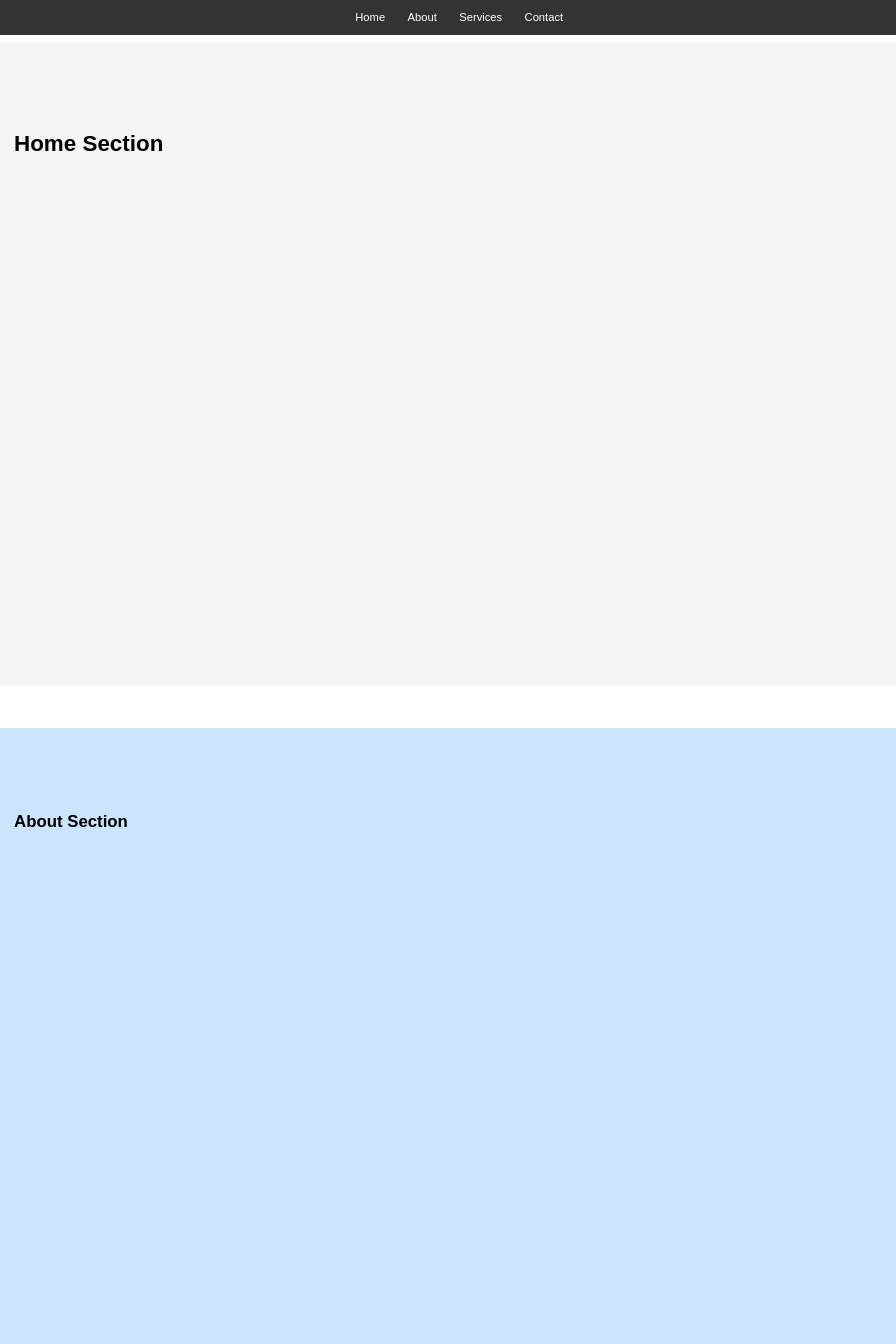
Repository: danichimescu/tema_unu_
Page: index.html
An editor plug-in stored every save of this project. The page is shown before and after the next save, followed by the edit.
The browser window is 1280 px wide. The pictures show the part of the page from y = 0 to 1920 px (the page is 3920 px tall), at 70% of full size.

Above is the page before, as saved 2025-10-06 01:28:14.

### index.html
<!DOCTYPE html>
<html lang="en">
<head>
  <meta charset="UTF-8">
  <meta name="viewport" content="width=device-width, initial-scale=1.0">
  <title>Document</title>
</head>
<body>

</body>
</html>

<!DOCTYPE html>
<html lang="en">
<head>
  <meta charset="UTF-8" />
  <meta name="viewport" content="width=device-width, initial-scale=1.0" />
  <title>Sovis Print</title>
  <script src="main.js" defer></script>
  <link rel="stylesheet" href="style.css" />
</head>

<body>

  <nav>
    <a href="#home">Home</a>
    <a href="#about">About</a>
    <a href="#services">Services</a>
    <a href="#contact">Contact</a>
  </nav>

  <section id="home">
    <h1>Home Section</h1>
  </section>
  <section id="about">
    <h1>About Section</h1>
  </section>
  <section id="services">
    <h1>Services Section</h1>
  </section>
  <section id="contact">
    <h1>Contact Section</h1>
  </section>

</body>

</html>

### style.css
/* ce e html? */
/* https://www.w3schools.com/cssref/pr_scroll-behavior.php#:~:text=This%20is%20default-,smooth,property%20to%20its%20default%20value. */

html {
    scroll-behavior: smooth;
}

body {
    font-family: sans-serif;
    margin: 0;
}

nav {
    position: fixed;
    top: 0;
    width: 100%;
    background: #333;
    padding: 1rem;
    display: flex;
    justify-content: center;
    gap: 2rem;
}

nav a {
    color: white;
    text-decoration: none;
}

section {
    padding: 100px 20px;
    margin-top: 60px;
    height: 100vh;
}

#home {
    background: #f4f4f4;
}

#about {
    background: #cce5ff;
}

#services {
    background: #d4edda;
}

#contact {
    background: #fff3cd;
}

/* --------------------------------------------------
   Selector reference (examples)

   - The `html` selector targets the root <html> element.
     It's useful for things like `scroll-behavior`, setting
     base `font-size` for `rem` units, or giving the root
     element a full-height so child elements can use 100%.

   - Common selector types shown below for quick reference:
     element, class, id, descendant, pseudo-class, :root
-------------------------------------------------- */

/* element selector (targets the <html> element) */
html {
    /* e.g. scroll-behavior or base font-size */
}

/* :root is equivalent to html for custom properties (CSS variables) */
:root {
    --main-color: #333;
}

/* element selector */
p {
    color: #222;
}

/* class selector */
.highlight {
    background: yellow;
}

/* id selector and descendant selector */
#home h1 {
    font-size: 2rem;
}

/* descendant selector already used in this file: nav a */
nav a:hover {
    opacity: 0.8;
}

/* Specificity notes (high-level):
   element < class < id < inline styles
   Use more specific selectors only when needed.
*/

Loaded but not shown: main.js (no stored copy; drawn as an empty file)

After the next save:
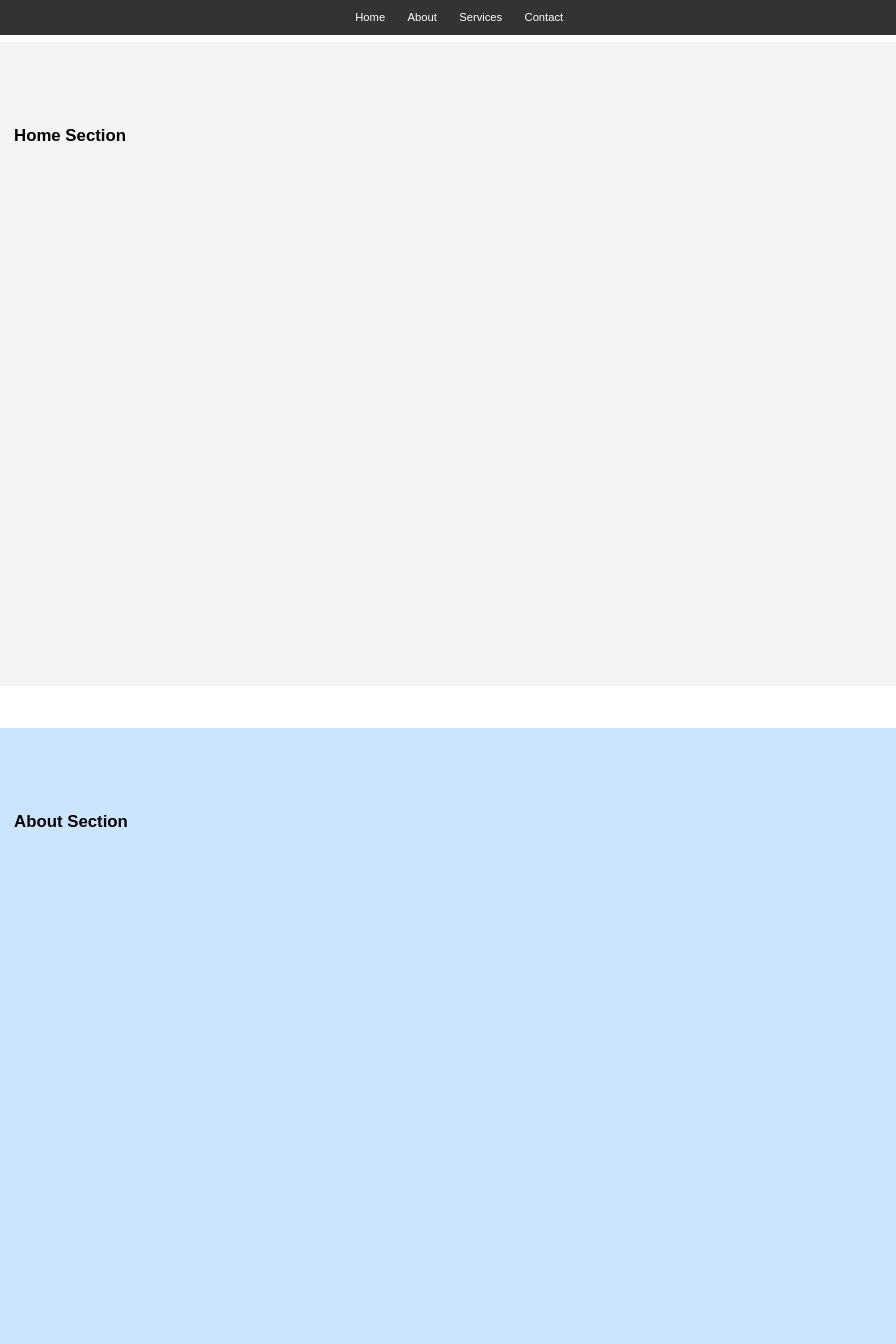
Saved 2 min 24 s later.
--- a/style.css
+++ b/style.css
@@ -47,50 +47,3 @@ section {
 #contact {
     background: #fff3cd;
 }
-
-/* --------------------------------------------------
-   Selector reference (examples)
-
-   - The `html` selector targets the root <html> element.
-     It's useful for things like `scroll-behavior`, setting
-     base `font-size` for `rem` units, or giving the root
-     element a full-height so child elements can use 100%.
-
-   - Common selector types shown below for quick reference:
-     element, class, id, descendant, pseudo-class, :root
--------------------------------------------------- */
-
-/* element selector (targets the <html> element) */
-html {
-    /* e.g. scroll-behavior or base font-size */
-}
-
-/* :root is equivalent to html for custom properties (CSS variables) */
-:root {
-    --main-color: #333;
-}
-
-/* element selector */
-p {
-    color: #222;
-}
-
-/* class selector */
-.highlight {
-    background: yellow;
-}
-
-/* id selector and descendant selector */
-#home h1 {
-    font-size: 2rem;
-}
-
-/* descendant selector already used in this file: nav a */
-nav a:hover {
-    opacity: 0.8;
-}
-
-/* Specificity notes (high-level):
-   element < class < id < inline styles
-   Use more specific selectors only when needed.
-*/
